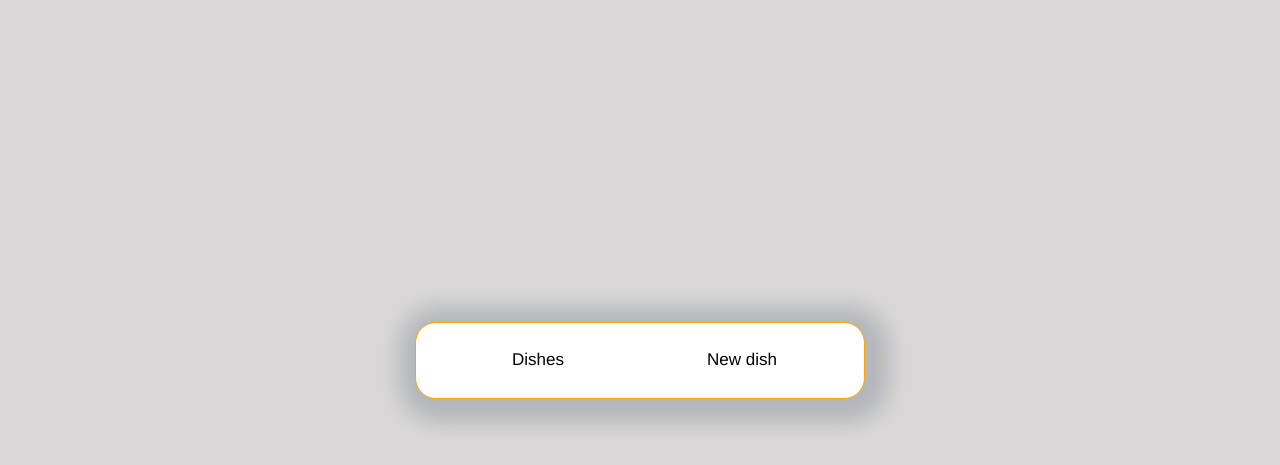
Repository: ZenLone/culinary-website
Page: / (app in frontend/)
The author's editor kept a copy of each file at every save. The page is drawn from the files as they stood at one save, then again after the next save.
The browser window is 1280 px wide. The pictures show the whole page.
The project was rebuilt for these pictures with package versions that can differ from the ones it lists, and the page was loaded fresh each time. Also part of the build but not shown: frontend/vite.config.js, frontend/src/Dishes.vue.

Above is the page before, as saved 2025-04-06 12:33:05.

### frontend/src/assets/main.css
*,*:after,*:before{
  box-sizing: border-box;
  margin:0;
  padding:0;
  border:none;
}
body{
  height:100vh;
  align-items: center;
  display: flex;
  justify-content: center;
  background-color: #d8d6d6;
}
ul,li{
  list-style: none;
}
a{
  text-decoration: none;
}
h2{
  font-family: 'Helvetica';
}
button,input{
  outline: none;
  border:none;
}

.nav{
  display: flex;
  gap:10px;
  justify-content: space-around;
  & a{
    align-items: center;
    display: flex;
    justify-content: center;
    font-size: 17px;
    font-family: 'Helvetica';
    width: 175px;
    height:25px;
    border-radius: 12px;
    transition: background-color .4s;
    color:black;
    &:hover{
      background-color: rgba(255, 166, 1, 0.732);
      cursor: pointer;
    }
  }
}

### frontend/src/App.vue
<script>
import { ref, computed } from 'vue';
import AddDish from './Add_Dish.vue';
import Dishes from './Dishes.vue';
import Header from './components/Header.vue';
// Определение маршрутов
const routes = {
  '/': Dishes,
  '/add_dish': AddDish
};

export default{
  components:{
  Header
  },

  setup(){
// Текущий путь (считывается из хэша URL)
const currentPath = ref(window.location.hash);

// Обновление пути при изменении хэша
window.addEventListener('hashchange', () => {
  currentPath.value = window.location.hash;
});

// Вычисляем текущий компонент на основе текущего пути
  const currentView = computed(() => {
  return routes[currentPath.value.slice(1)]
  });
  return{currentView};
  }
};


</script>

<template>
  <div class="app-container">
    <Header></Header>
    <component :is="currentView" />
  </div>
</template>

<style scoped>
.app-container {
  width: 450px;
  padding: 25px;
  border: 1px solid orange;
  border-radius: 21px;
  background-color: white;
  box-shadow: 4px 4px 19px 19px rgba(34, 60, 80, 0.2);
}

</style>

### frontend/src/Add_Dish.vue
<script>
import { ref } from 'vue';
import axios from 'axios';
export default{
  name:'App',
  components:{

  },
  setup(){

    //data
    const ingredients = ref([]);
    const dish_name = ref('');
    const dish_time = ref('Не указано');
    //methods
    const addIngredientInput = () => {
      ingredients.value.push('');
    };
    const getFormData = async () => {
      const hasIngredients = ingredients.value.some((ingredient) => ingredient.trim() != '');
      if(!hasIngredients){
        console.log('Добавленные ингредиенты, не были заполненны!');
      }
      else if(!dish_name.value){
        console.log('Блюдо не названо!');
      }
      else{
        const filteredIngredients = ingredients.value.filter((ingredient) => ingredient.trim() !== '');
        // console.log('Название блюда:', dish_name.value);
        // console.log("Время приготовления:", dish_time.value);
        // console.log('Ингредиенты:', filteredIngredients);
        const data = {
          name:dish_name.value,
          ingredients:filteredIngredients,
          time:dish_time.value
        }
        console.log(data);
        try{
          const response = await axios.post('http://127.0.0.1:8000/api/data', data);
          console.log('Данные успешно отправлены:', response.data);
        }
        catch(error){
          console.error('Ошибка при отправке данных:', error.message);
        }
      }
    };
    const removeIngredient = (index) => {
      ingredients.value.pop(); // Удаляем элемент из массива по индексу
    };
    //computed

    //watch

    //Хуки

    return {
  dish_name,
  ingredients,
  addIngredientInput,
  getFormData,
  removeIngredient,
  dish_time
  };
  }
}
</script>

<template>

  <!-- <div class="nav">
    <h2>Блюда</h2>
    <h2>Добавить блюдо</h2>
  </div> -->
  <div class="container">
    <h2>Добавление блюда: {{ dish_name }}</h2>
    <input class="dish_name_input" placeholder="Название блюда" @input="dish_name = $event.target.value" type="text">

    <div class="time-container">
      <h2>Время приготовления:</h2>
      <input type="text" @input="dish_time = $event.target.value" placeholder="Введите...">
    </div>

    <h2 class="h2-additions">Ингредиенты:</h2>
    <div  class="additions-input-container">
      <input v-for="(ingredient, index) in ingredients" :key="index" class="addition_input" v-model="ingredients[index] "  type="text" placeholder="Введите..."></input>
    </div>
    <div class="additions-btns-container">
    <button class="addition_button" type="button" @click="removeIngredient(index)">
      <svg xmlns="http://www.w3.org/2000/svg" viewBox="0 0 448 512"><path d="M432 256c0 17.7-14.3 32-32 32L48 288c-17.7 0-32-14.3-32-32s14.3-32 32-32l352 0c17.7 0 32 14.3 32 32z"/></svg></button>
    <button class="addition_button" @click="addIngredientInput" type="button"><svg xmlns="http://www.w3.org/2000/svg" viewBox="0 0 448 512"><path d="M256 80c0-17.7-14.3-32-32-32s-32 14.3-32 32V224H48c-17.7 0-32 14.3-32 32s14.3 32 32 32H192V432c0 17.7 14.3 32 32 32s32-14.3 32-32V288H400c17.7 0 32-14.3 32-32s-14.3-32-32-32H256V80z"/></svg></button>
  </div>
    <div class="btn-container">
      <button class="add-btn" @click="getFormData">Добавить блюдо</button>
    </div>

  </div>


</template>

<style scoped>
.app-container{
  width:450px;
  padding:25px 25px 5px;
  border:1px solid orange;
  border-radius: 21px;
  background-color: white;
  box-shadow: 4px 4px 19px 19px rgba(34, 60, 80, 0.2);
}
.nav{
  display: flex;
  gap:10px;
  justify-content: space-around;
  & h2{
    align-items: center;
    display: flex;
    justify-content: center;
    font-size: 17px;
    font-family: 'Helvetica';
    width: 175px;
    height:25px;
    border-radius: 12px;
    transition: background-color .4s;
    &:hover{
      background-color: rgba(255, 166, 1, 0.732);
      cursor: pointer;
    }
  }
}
.dish_name_input{
  background-color: rgb(185, 185, 185);
  width:100%;
  height:30px;
  font-size: 16px;
  font-family: 'Helvetica';
  border-radius: 15px;
  padding:0 10px;
  &::placeholder{
    color:rgb(92, 90, 90);
  }
}
.container{
  & h2{
    padding:5px;
    font-size: 21px;
  }
}
.time-container{
  display: flex;
  align-items: center;
  margin-top: 5px;
  & h2{
    font-size: 17px;
  }
  & input{
    width:125px;
    border:1px solid orange;
    height:25px;
    padding:7px;
    border-radius: 9px;
    font-size: 14px;
    font-family: 'Helvetica';
  }
}
.h2-additions{
  font-size: 17px;
}
.addition_input{
  font-size: 14px;
  border:1px solid orange;
  border-radius: 9px;
  width:115px;

  height:25px;
  padding:0 5px;
  cursor: pointer;
  transition: all .3s ease-out;
  &:hover{
    background-color: orange;
    color:black;
  }
}

.addition_button{
  font-size: 14px;
  border:1px solid orange;
  border-radius: 9px;
  width:65px;
  background-color: transparent;
  height:25px;
  padding:0 5px;
  cursor: pointer;
  display: flex;
  align-items: center;
  justify-content: center;
  transition: all .3s ease-out;
  & svg{
    width:17px;
    height:17px;
  }
  & path{
    fill:orange;
  }
  &:hover{
    background-color: orange;
    & path{
      fill:black;
    }
  }
}
.additions-input-container{
  padding:0 5px;
  gap:15px;
  display: flex;
  flex-wrap: wrap;
  justify-content: left;
}

.additions-btns-container{
  display: flex;
  column-gap: 10px;
  margin-top: 10px;
}
.add-btn{
  padding:5px 10px;
  background-color: orange;
  font-size: 16px;
  font-family: 'Helvetica';
  border-radius: 3px;
  cursor: pointer;
  height:30px;
  transition: all .2s;
  &:hover{
    opacity: 0.85;
  }
  &:active{
    position: absolute;
    top:2px;
    height:30px;
  }
}
.btn-container{
  justify-content: center;
  display: flex;
  margin-top: 10px;
  height:32px;
  position: relative;
}
</style>

### frontend/src/components/Header.vue
<script>

export default{
  name:'Header',
  components:{

  },
  setup(){

    //data

    //methods

    //computed

    //watch

    //Хуки
  }
}
</script>

<template>
  <div class="nav">
    <a href="#/">Dishes</a>
    <a href="#/add_dish">New dish</a>
  </div>
</template>

<style scoped>

</style>

Loaded but not shown: frontend/index.html (common file); frontend/src/main.js (common file)

After the next save:
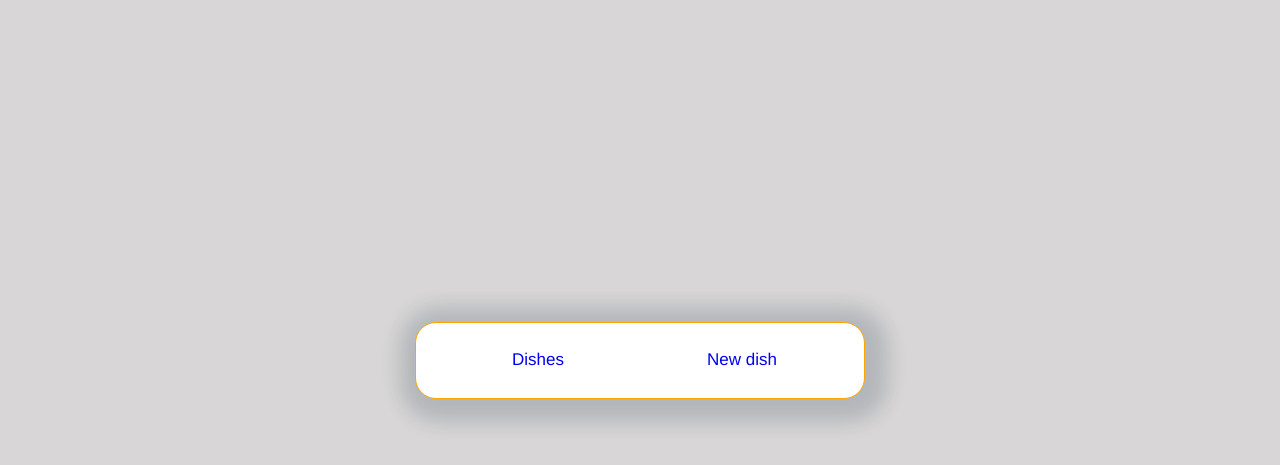
Saved 5 s later.
--- a/frontend/src/assets/main.css
+++ b/frontend/src/assets/main.css
@@ -39,7 +39,6 @@ button,input{
     height:25px;
     border-radius: 12px;
     transition: background-color .4s;
-    color:black;
     &:hover{
       background-color: rgba(255, 166, 1, 0.732);
       cursor: pointer;
